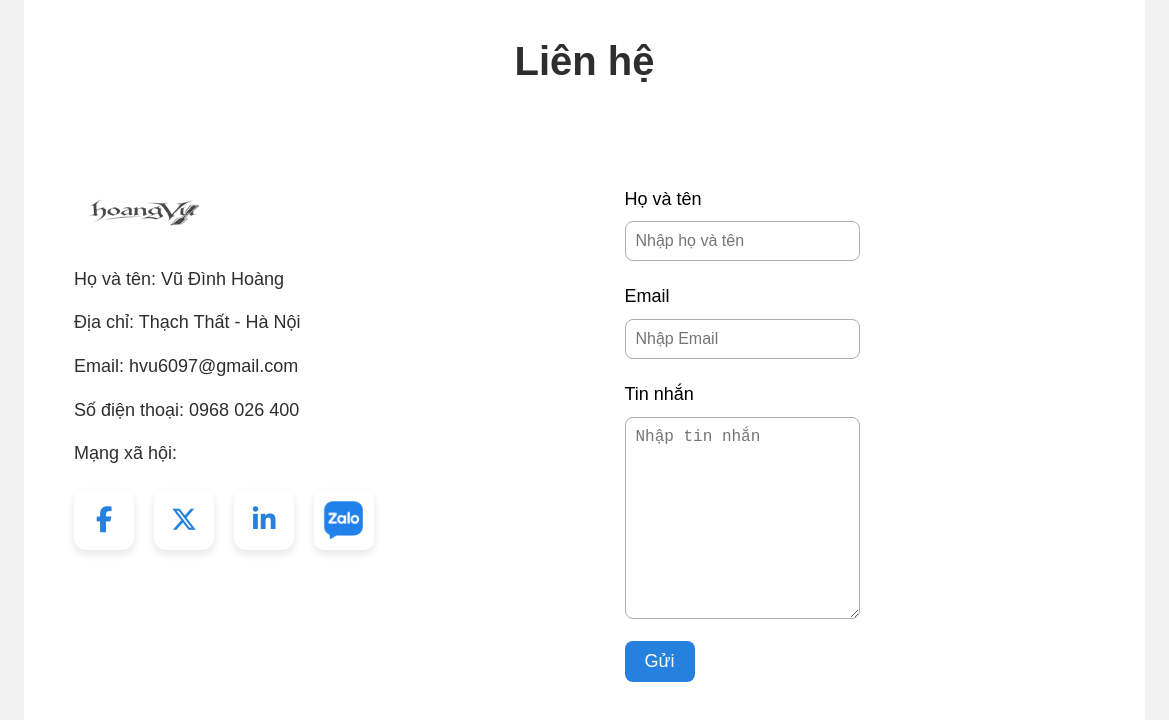
Repository: hoang28092000/portfolio
Page: pages/contact.html
The author's editor kept a copy of each file at every save. The page is drawn from the files as they stood at one save, then again after the next save.
The browser window is 1169 px wide. The pictures show the whole page.

Above is the page before, as saved 2025-04-12 01:01:49.

### pages/contact.html
<!DOCTYPE html>
<html lang="en">
  <head>
    <meta charset="UTF-8" />
    <meta name="viewport" content="width=device-width, initial-scale=1.0" />
    <link
      rel="stylesheet"
      href="https://cdnjs.cloudflare.com/ajax/libs/font-awesome/6.7.2/css/all.min.css"
      integrity="sha512-Evv84Mr4kqVGRNSgIGL/F/aIDqQb7xQ2vcrdIwxfjThSH8CSR7PBEakCr51Ck+w+/U6swU2Im1vVX0SVk9ABhg=="
      crossorigin="anonymous"
      referrerpolicy="no-referrer"
    />
    <link rel="stylesheet" href="../css/pages.css" />
    <link rel="stylesheet" href="../css/responsive-pages.css" />
    <title>Liên hệ</title>
  </head>
  <body>
    <main id="main-contact">
      <div class="container">
       <div class="contact">
        <h2 class="title-heading title-contact">Liên hệ</h2>
        <div class="content-contact">
          <div class="contact-left">
            <div class="logo-contact">
              <img
                src="../asset/image/hoangVu_logo.png"
                alt="logo"
                class="img-logo-contact"
              />
            </div>
            <div class="info-contact">
              <p class="txt-contact">Họ và tên: Vũ Đình Hoàng</p>
              <p class="txt-contact">Địa chỉ: Thạch Thất - Hà Nội</p>
              <p class="txt-contact">Email: hvu6097@gmail.com</p>
              <p class="txt-contact">Số điện thoại: 0968 026 400</p>
            </div>
            <p class="txt-contact">Mạng xã hội:</p>
            <div class="social-contact">
              <a
                href="https://www.facebook.com/profile.php?id=100008725181742"
                target="_blank"
                ><i class="fa-brands fa-facebook-f icon-contact"></i
              ></a>
              <a href="https://x.com/kinsman2809" target="_blank"
                ><i class="fa-brands fa-x-twitter icon-contact"></i
              ></a>
              <a
                href="https://www.linkedin.com/in/ho%C3%A0ng-v%C5%A9-0b4891179/"
                target="_blank"
                ><i class="fa-brands fa-linkedin-in icon-contact"></i
              ></a>
              <a href="https://zalo.me/0968026400" target="_blank">
                <img src="../asset/image/icon-zalo.png" alt="zalo" class="img-social">
              </a>
            </div>
          </div>
          <div class="contact-right">
            <form action="" class="form-contact">
              <div class="input-contact">
                <label for="name" class="label-contact">Họ và tên</label>
                <input type="text" id="name" placeholder="Nhập họ và tên" class="input-field" required />
              </div>
              <div class="input-contact">
                <label for="email" class="label-contact">Email</label>
                <input type="email" id="email" placeholder="Nhập Email" class="input-field" required />
              </div>
              <div class="input-contact">
                <label for="message" class="label-contact">Tin nhắn</label>
                <textarea
                  name="message"
                  id="message" placeholder="Nhập tin nhắn"
                  cols="30"
                  rows="10"
                  class="input-field"
                  required
                ></textarea>
              </div>
              <button type="submit" class="btn-submit">Gửi</button>
            </form>
          </div>
        </div>
       </div>
      </div>
    </main>
  </body>
</html>

### css/pages.css
* {
  padding: 0;
  margin: 0;
  box-sizing: border-box;
}
html {
  font-family: Poppins, sans-serif;
  font-size: 62.5%;
}

.container {
  width: 1170px;
  max-width: calc(100% - 48px);
  margin: 0 auto;
}

/* main */

#about,
#skills {
  background-color: #f2f2f2;
}
.top-content-about {
  padding: 60px 0;
  display: flex;
  justify-content: space-between;
  align-items: center;
}
.about-left {
  width: 40%;
}
.img-about {
  width: 100%;
  border: 6px solid #7a7575;
  border-radius: 50%;
}
.about-right {
  max-width: 702px;
  height: 362px;
  margin-left: 120px;
  padding-right: 60px;
}
.title-heading {
  font-size: 6rem;
  color: #2e2e2e;
  font-weight: 700;
  margin-bottom: 30px;
}
.about-right .desc-about {
  font-size: 1.6rem;
  color: #6b6565;
  font-weight: 500;
  line-height: 1.76;
  margin-top: 20px;
  text-align: justify;
}
.content-main {
  display: grid;
  grid-template-columns: 1fr 1fr;
  gap: 80px;
  padding-top: 70px;
}
.paragraph {
  margin-bottom: 20px;
}
.heading-main {
  font-size: 2rem;
  color: #2e2e2e;
  margin-bottom: 10px;
  line-height: 1.66;
}
.desc-content-main {
  font-size: 1.6rem;
  color: #2e2e2e;
  font-weight: 300;
  line-height: 1.76;
  text-align: justify;
}
.list-img-about {
  display: flex;
  justify-content: center;
  align-items: center;
  margin-top: 30px;
  gap: 20px;
  padding-bottom: 30px;
}
.list-img-about img {
  width: 200px;
  height: 200px;
  border-radius: 10px;
  border: 1px solid #2e2e2e;
  transition: all 0.3s ease-in-out;
}
.list-img-about img:hover {
  transform: scale(1.1);
  border: 2px solid #fff;
}

/* skills */
.title-skills {
  padding-top: 60px;
  text-align: center;
}
#skills ul {
    padding-left: 18px;
}

.my-project{
    margin-top: 70px;
}
.list-project{
    display: grid;
    grid-template-columns: repeat(auto-fit, minmax(300px, 1fr));
    gap: 30px;
    margin-top: 60px;
}
.list-project a{
    text-decoration: none;
    color: #2e2e2e;
}
.card-project{
    position: relative;
    background-color: #fff;
    border-radius: 10px;
    box-shadow: 0 4px 8px rgba(0, 0, 0, 0.1);
    overflow: hidden;
    transition: all 0.3s ease-in-out;
    cursor: pointer;
}
.card-project:hover{
    transform: scale(1.05);
    box-shadow: 0 8px 16px rgba(0, 0, 0, 0.2);
}
.card-project::after {
    display: flex;
    justify-content: center;
    align-items: center;
    font-weight: 600;
    color: #fff;
    content: 'Xem Thêm Demo';
    font-size: 3rem;
    position: absolute;
    top: 0; left: 0;
    width: 100%; height: 100%;
    background: #16161633; /* màu đen mờ */
    opacity: 0;
    transition: opacity 0.3s ease;
    pointer-events: none; /* để không cản trở click hay hover */
    z-index: 1;
  }
  .card-project:hover::after {
    opacity: 1;
  }

.card-project img{
    width: 100%;
    height: 200px;
    object-fit: cover;
}

.info-card{
    padding: 30px 20px 20px;
    text-align: center;

}
.heading-card{
    font-size: 2rem;
    color: #2e2e2e;
    margin-bottom: 10px;
}
.desc-card{
    font-size: 1.6rem;
    color: #2e2e2e;
    font-weight: 300;
    line-height: 1.76;
}
.desc-card span {
    font-weight: bold;
}

#main-contact{
    padding: 60px 0;
    background-color: #f2f2f2;
}
#main-contact .title-contact{
    font-size: 4rem;
    text-align: center;
    margin-bottom: 30px;
}

/* contact */
#main-contact{
    display: flex;
    justify-content: center;
    align-items: center;
    width: 100%;
    height: 100vh;
    overflow: hidden;
}
.contact{
    background-color: #fff;
    padding: 50px;
}
.contact .content-contact{
    display: flex;
    justify-content: space-between;
}

.contact-left {
    width: 50%;
}
.logo-contact{
    display: flex;
    align-items: center;
    margin-bottom: 20px;
}
.img-logo-contact{
    width: 140px;
    height: 60px;
    padding: 10px;

}

.img-social{
    width: 60px;
    height: 60px;
    border-radius: 10px;
    box-shadow: 0 4px 8px rgba(0, 0, 0, 0.1);

}
.img-social:hover,
.icon-contact:hover{
    transform: scale(1.1);
    box-shadow: 0 8px 16px rgba(0, 0, 0, 0.2);
}
.social-contact{
    display: flex;
    align-items: center;
    height: 60px;
    gap: 20px;
    margin-top: 20px;
}
.social-contact a{
    width: 60px;
    height: 60px;
    display: block;
    text-decoration: none;
    color: #2e2e2e;
}
.contact-right {
    width: 50%;
}
.icon-contact{
    width: 60px;
    height: 60px;
    display: flex;
    justify-content: center;
    align-items: center;
    font-size: 2.6rem;
    box-shadow: 0 4px 8px rgba(0, 0, 0, 0.1);
    border-radius: 12px;
    color: #2680de;
}

.txt-contact{
    font-size: 1.8rem;
    color: #2e2e2e;
    margin-bottom: 12px;
    line-height: 1.76;
}
.input-contact{
    margin-bottom: 20px;
}

.label-contact{
    display: block;
    font-size: 1.8rem;
    color: #000000;
    line-height: 1.76;
    font-weight: 500;
    margin-bottom: 6px;
}
.input-contact input{
    width: 100%;
    padding: 10px;
    border-radius: 8px;
    border: 1px solid #afacac;
    font-size: 1.6rem;
    color: #2e2e2e;
    outline: none;
}
.input-contact textarea{
    width: 100%;
    padding: 10px;
    border-radius: 8px;
    border: 1px solid #afacac;
    font-size: 1.6rem;
    color: #2e2e2e;
    outline: none;
}

.btn-submit{
    background-color: #2680de;
    color: #fff;
    padding: 10px 20px;
    border-radius: 8px;
    border: none;
    font-size: 1.8rem;
    cursor: pointer;
    transition: all 0.3s ease-in-out;
}
.btn-submit:hover{
    background-color: #1a5bb8;
}

### css/responsive-pages.css
/* bout-me */
@media (min-width: 1024.02px) and (max-width: 1169.98px) {
  .top-content-about {
    display: flex;
    flex-direction: column;
    align-items: center;
    padding-bottom: 40px;
  }
  .list-img-about {
    display: flex;
    flex-wrap: wrap;
    justify-content: center;
    align-items: start;
    gap: 30px;
  }
  .list-img-about img {
    max-width: 200px;
    display: block;
    border: 1px solid #2e2e2e;
  }
  .about-left {
    width: 60%;
    margin-bottom: 30px;
  }
  .about-right {
    width: 100%;
    margin-left: 0;
    padding-right: 0;
  }
  .title-heading {
    font-size: 6rem;
    text-align: center;
    margin-bottom: 16px;
  }
  .about-right .desc-about {
    font-size: 1.8rem;
    margin-bottom: 20px;
  }

  /* contact */
  .contact .content-contact {
    display: grid;
    grid-template-columns: 1fr 1fr;
    gap: 80px;
    padding-top: 70px;

  }
}
@media (max-width: 1024px) {
  .list-img-about {
    display: grid;
    grid-template-columns: 1fr 1fr 1fr;
    gap: 20px;
    flex-wrap: wrap;
    padding-bottom: 30px;
    align-items: start;
  }
  .about-left {
    width: 40%;
  }
  .about-right {
    width: 60%;
  }
  .img-about {
    width: 100%;
    height: auto;
    border-radius: 50%;
    border: 1px solid #2e2e2e;
  }
  .list-img-about img {
    display: block;
    width: 100%;
    height: auto;
    border: 1px solid #2e2e2e;
  }

}
@media (min-width: 768px) and (max-width: 1023.98px) {
  .about-right {
    width: 60%;
    height: auto;
  }
}
@media (max-width: 768px) {
  .top-content-about {
    display: flex;
    flex-direction: column;
    align-items: center;
    padding-bottom: 40px;
  }
  .about-left {
    margin-bottom: 30px;
  }
  .paragraph {
    text-align: justify;
  }
  .about-right {
    width: 100%;
    margin-left: 0;
    padding-right: 0;
  }
  .title-heading {
    font-size: 5rem;
    text-align: center;
    margin-bottom: 16px;
  }
  .about-right .desc-about {
    font-size: 1.6rem;
    margin-bottom: 20px;
    text-align: justify;
  }

  .list-img-about {
    display: grid;
    grid-template-columns: 1fr 1fr;
  }
  .list-img-about img {
    width: 100%;
    height: auto;
    border: 1px solid #2e2e2e;
  }
}
@media (max-width: 480px) {
  .top-content-about {
    display: flex;
    flex-direction: column;
    align-items: center;
    padding-bottom: 40px;
  }
  .about-left {
    width: 60%;
    margin-bottom: 30px;
  }
  .list-img-about {
    display: grid;
    grid-template-columns: 1fr 1fr;
    gap: 10px;
    padding-bottom: 0;
  }
  .about-right {
    width: 100%;
    margin-left: 0;
    padding-right: 0;
  }
  .title-heading {
    font-size: 4rem;
    text-align: center;
    margin-bottom: 16px;
  }
  .about-right .desc-about {
    font-size: 1.6rem;
    margin-bottom: 20px;
  }
  .content-main {
    grid-template-columns: 1fr;
  }
  .paragraph {
    margin-bottom: 14px;
  }
  .paragraph .heading-main {
    font-size: 1.8rem;
    margin-bottom: 10px;
  }
  .list-img-about img {
    width: 100%;
    height: auto;
    border: 1px solid #2e2e2e;
  }
}

After the next save:
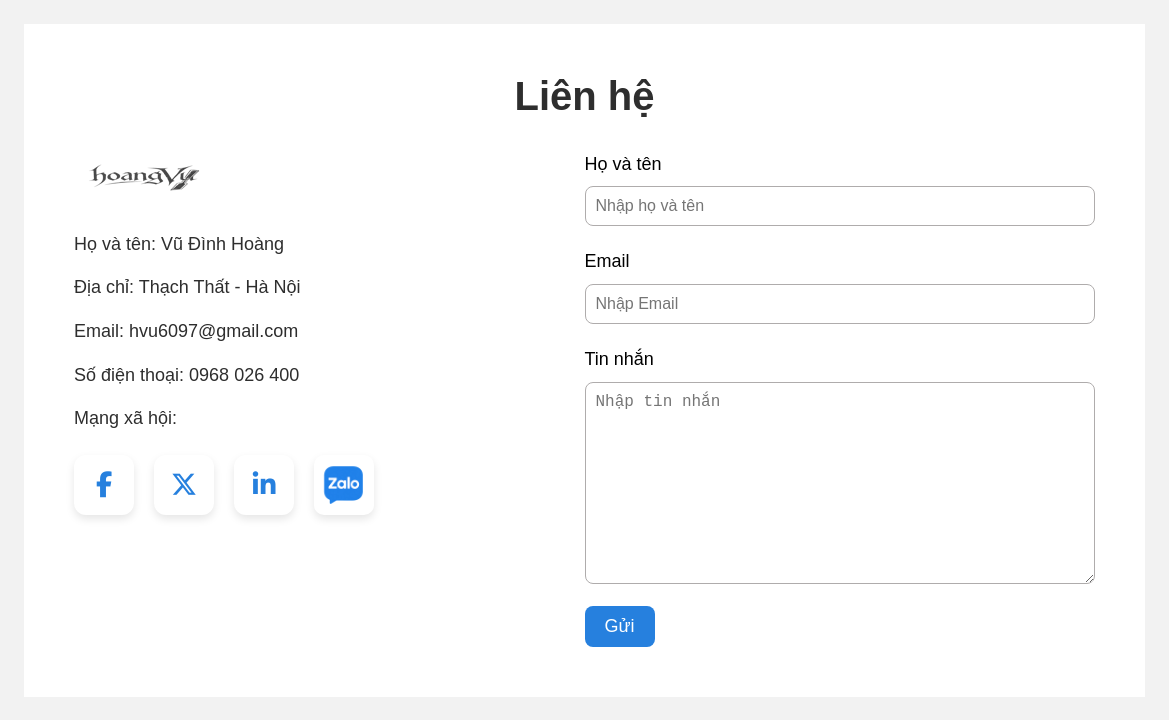
Saved 69 s later.
--- a/css/responsive-pages.css
+++ b/css/responsive-pages.css
@@ -38,11 +38,6 @@
   }
 
   /* contact */
-  .contact .content-contact {
-    display: grid;
-    grid-template-columns: 1fr 1fr;
-    gap: 80px;
-    padding-top: 70px;
 
   }
 }
